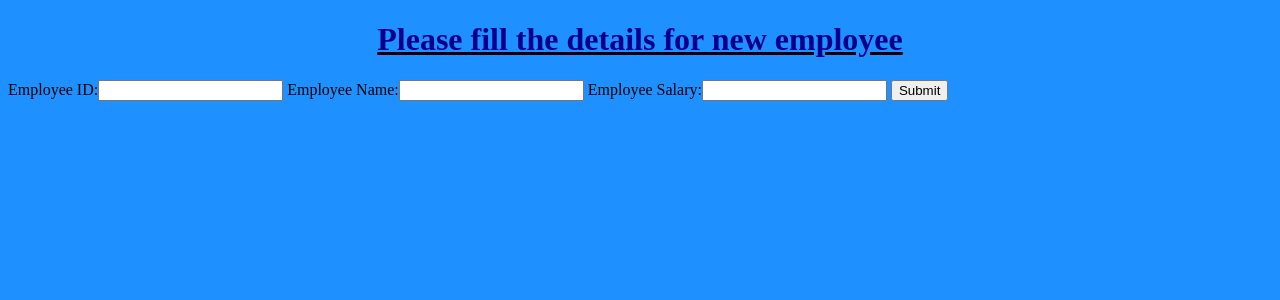
Repository: kimchiLover/BackupProjectsOnPC
Page: eclipse-oauth/ManageEmpApp/WebContent/addEmployee.html
An editor plug-in stored every save of this project. The page is shown before and after the next save, followed by the edit.
The browser window is 1280 px wide. The pictures show the whole page.

Above is the page before, as saved 2019-07-18 10:14:06.

After the next save:
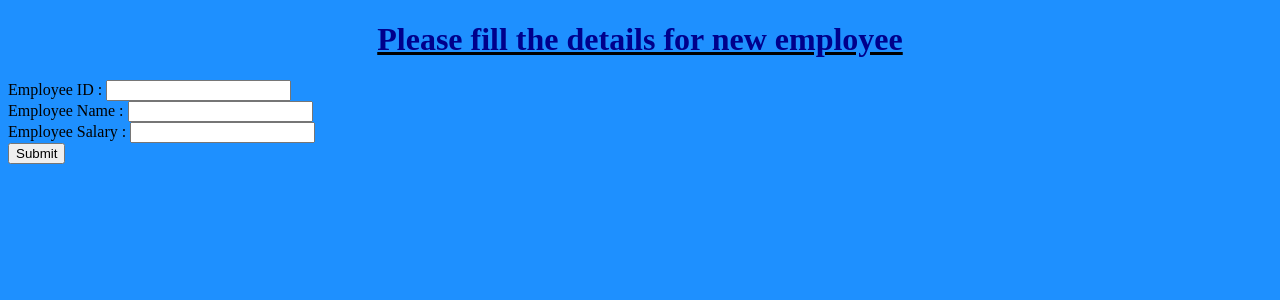
Saved 62 s later.
--- a/eclipse-oauth/ManageEmpApp/WebContent/addEmployee.html
+++ b/eclipse-oauth/ManageEmpApp/WebContent/addEmployee.html
@@ -11,10 +11,13 @@
 </center>
 
 <form action="add">
-  Employee ID:<input type="text" name="id">
-  Employee Name:<input type="text" name="name">
-  Employee Salary:<input type="text" name="salary">
+
+  Employee ID     : <input type="text" name="id"><br>
+  Employee Name   : <input type="text" name="name"><br>
+  Employee Salary : <input type="text" name="salary"><br>
+
   <input type="submit" value="Submit">
+
 </form>
 
 </body>
